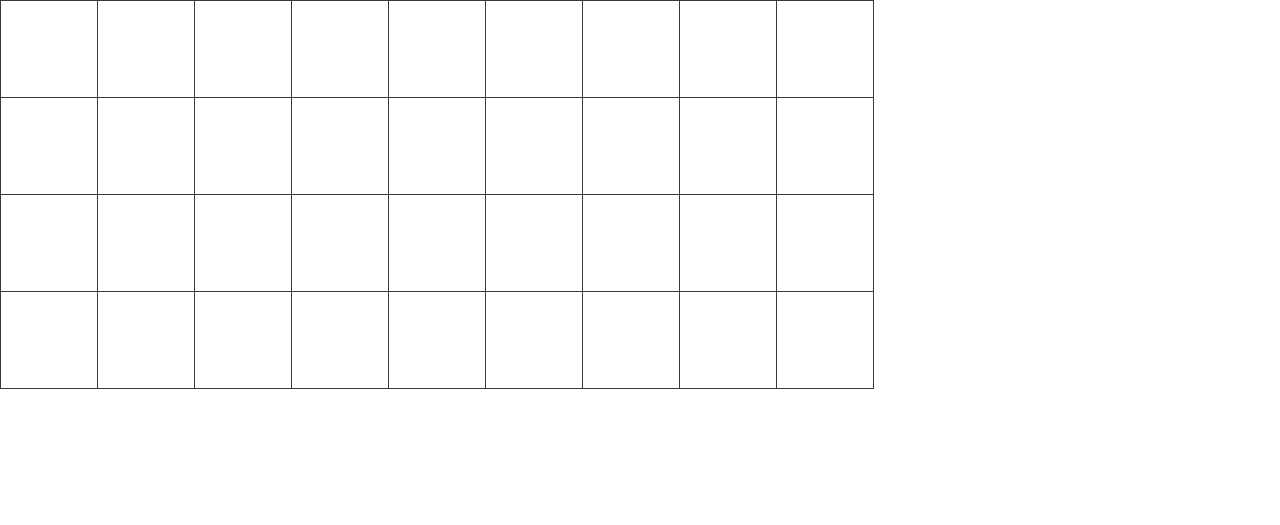
Repository: howardchengjui/Java
Page: http://localhost/Checkerboard/checkerboard.jsp
An editor plug-in stored every save of this project. The page is shown before and after the next save, followed by the edit.
The browser window is 1280 px wide. The pictures show the whole page.
The page is served by Tomcat 9.

Above is the page before, as saved 2019-08-09 02:50:08.

After the next save:
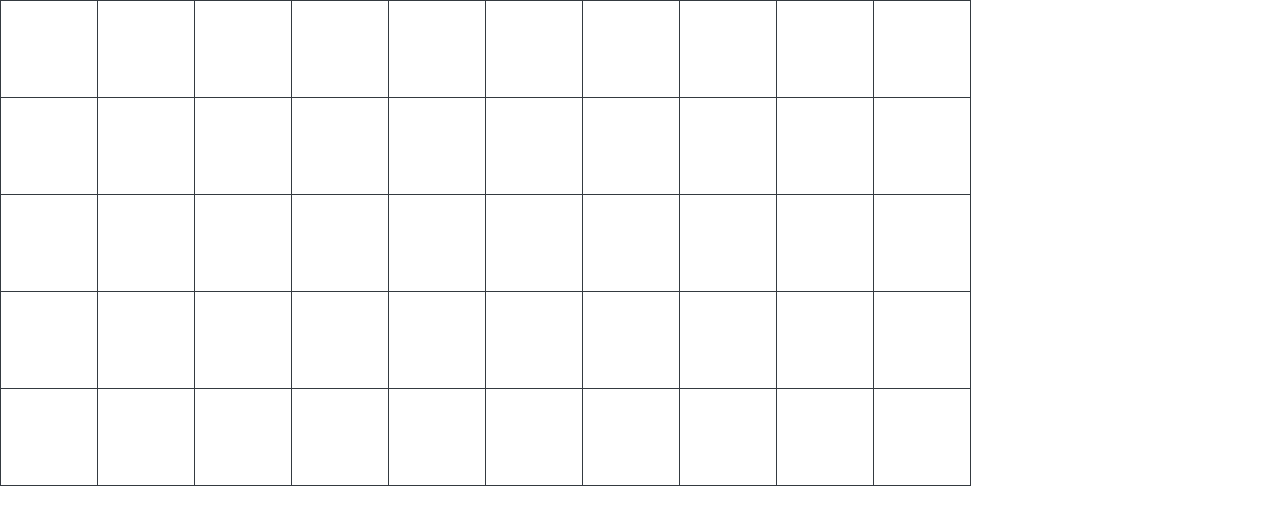
Saved 37 s later.
--- a/servlets/Checkerboard/WebContent/checkerboard.jsp
+++ b/servlets/Checkerboard/WebContent/checkerboard.jsp
@@ -24,10 +24,10 @@
 CheckerBoard
 -------------------------------------------------------------------------->
 	<table>
-	<% for (int i=1; i<Integer.parseInt(row); i++){ %>
+	<% for (int i=0; i<Integer.parseInt(row); i++){ %>
 		<tr>
 
-	<% for (int j=1; j<Integer.parseInt(col); j++){ %>
+	<% for (int j=0; j<Integer.parseInt(col); j++){ %>
 	 <td class=" border border-dark pt-5 pl-5 pr-5 pb-5 color"> </td>
 	 <% } %>
 	</tr>
